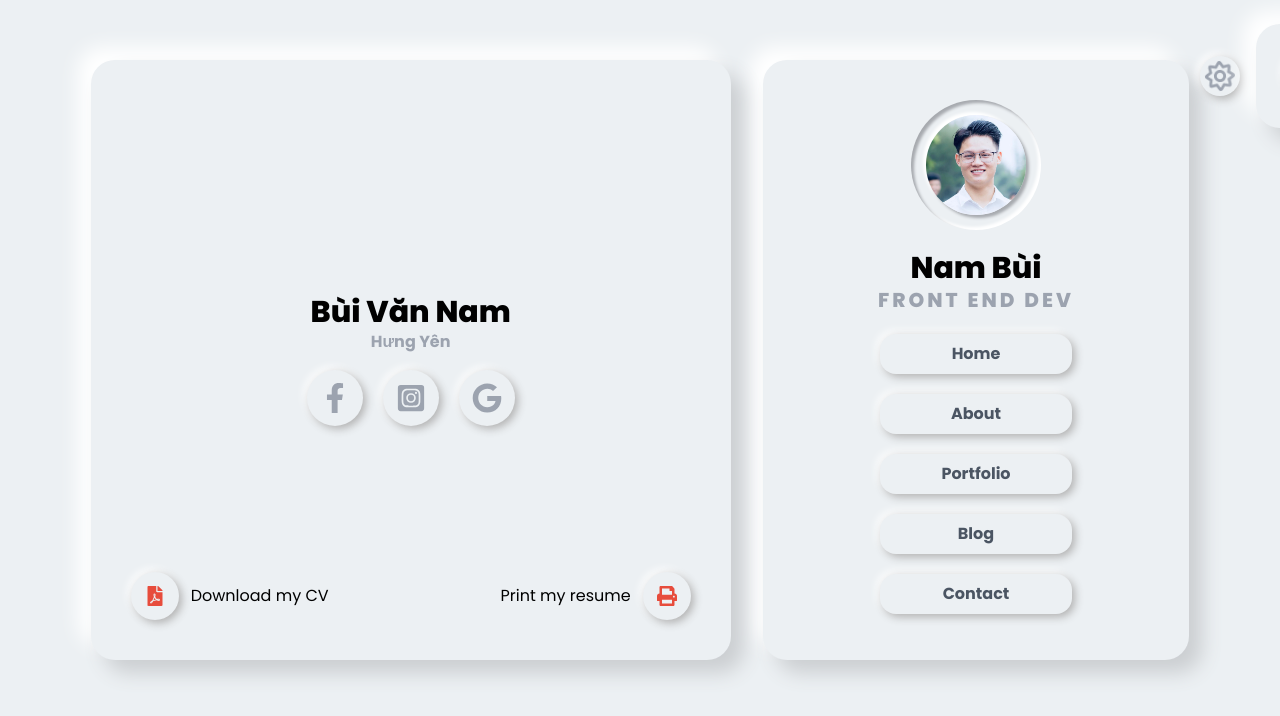
Repository: nambui98/profile_v2
Page: /
The author's editor kept a copy of each file at every save. The page is drawn from the files as they stood at one save, then again after the next save.
The browser window is 1280 px wide. The pictures show the whole page.
The project was rebuilt for these pictures with package versions that can differ from the ones it lists, and the page was loaded fresh each time.

Above is the page before, as saved 2022-03-11 14:29:52.

### src/index.tsx
import React from 'react';
import ReactDOM from 'react-dom';
import './index.scss';
import App from './App';
import reportWebVitals from './reportWebVitals';
import { ThemeProvider } from './containers/ThemeContext';
import Background from './containers/Background';
import Toggle from './containers/ThemeToggle';
import Setting from './containers/Setting';
import { Example } from './components/menu/example';

ReactDOM.render(
  <React.StrictMode>
    <ThemeProvider>
      <Background>
        <div className="fixed right-0 top-0 mr-4 mt-2 md:mt-6 z-10">
          <Setting />
        </div>
        <Example />
        <App />
      </Background>
    </ThemeProvider>
  </React.StrictMode>,
  document.getElementById('root')
);

// If you want to start measuring performance in your app, pass a function
// to log results (for example: reportWebVitals(console.log))
// or send to an analytics endpoint. Learn more: https://bit.ly/CRA-vitals
reportWebVitals();

### src/index.scss
@tailwind base;
@tailwind components;
@tailwind utilities;
@import url('https://fonts.googleapis.com/css2?family=Poppins:wght@100;200;300;400;500;600;700;800;900&display=swap');
* {
    padding: 0;
    margin: 0;
}
@layer utilities {
    .btn-shadow{
    box-shadow: 3px 3px 8px #b1b1b1,
                -3px -3px 8px #fff;
    // width: 50px;
    // height: 50px;
    cursor: pointer;
    position: relative;
    display: flex;
    justify-content: center;
    align-items: center;
    outline:none;
    -webkit-tap-highlight-color: transparent;
    &:focus{
         outline:none;
         border-radius: 50%;
    }
    svg{
        transition: all 0.3s ease-in-out;
    }
    &::after{
        content: '';
        transition: opacity 0.3s ease-in-out;
        position: absolute;
        right: 0;
        top: 0;
        z-index: 2;
        width: 100%;
        height: 100%;
        opacity: 0;
        border-radius: inherit;
        outline:none;
        box-shadow:inset 3px 3px 8px #b1b1b1,
                inset -3px -3px 8px #fff;

    }
    &.fb{
        &:hover{
            box-shadow:none;
            &::after{
                opacity: 1;
            }
            svg{
                fill: #4267B2;
            }
        }
    }
     &.itg{
        &:hover{
            box-shadow:none;
            &::after{
                opacity: 1;
            }
            svg{
                fill: #e74c3c;
            }
        }
    }
    &.gg{
        &:hover{
            box-shadow:none;
            &::after{
                opacity: 1;
            }
            svg{
                fill: #4267B2;
            }
        }
    }
    &:hover{
        box-shadow:none;
        &::after{
            opacity: 1;
        }
        svg{
            fill: #e74c3c;
        }
    }
    &-dark{
        box-shadow: 5px 5px 10px #202020,
             -5px -5px 10px #2c2c2c;
        &::after{
            box-shadow:inset 5px 5px 10px #202020,
        inset -5px -5px 10px #2c2c2c;
        }
        &-50{
            box-shadow:  4px 4px 8px #202020,
                        -4px -4px 8px #2c2c2c;
                        &::after{
            box-shadow:inset 5px 5px 10px #202020,
        inset -5px -5px 10px #2c2c2c;

        }
         &:hover{
        box-shadow:none;
        &::after{
            opacity: 1;
        }
        svg{
            fill: #e74c3c;
        }
    }
        }
         &:hover{
        box-shadow:none;
        &::after{
            opacity: 1;
        }
        svg{
            fill: #e74c3c;
        }
    }
    }
}

.btn-shadow-darklight{
    box-shadow: 3px 3px 8px #b1b1b1,
                -3px -3px 8px #fff;
    // width: 50px;
    // height: 50px;
    cursor: pointer;
    position: relative;
    display: flex;
    justify-content: center;
    align-items: center;
    transition: all 0.3s ease-in-out;
    svg{
        transition: all 0.3s ease-in-out;
    }
    &::after{
        content: '';
        position: absolute;
        right: 0;
        top: 0;
        z-index: 2;
        width: 100%;
        height: 100%;
        opacity: 0;
        border-radius: 50%;
        box-shadow:inset 3px 3px 8px #b1b1b1,
                inset -3px -3px 8px #fff;

    }
    &:hover{
        box-shadow:none;
        &::after{
            opacity: 1;
        }
        svg{
            &.light{

                fill: #FCD34D;
            }
            &.dark{
                fill: #000;

            }
        }
    }
}
.wrap-avatar{
    display: flex;
    align-items: center;
    justify-content: center;
    width: 130px;
    height: 130px;
    border: none;
    border-radius: 50%;
    margin: 0 auto;
    box-shadow:
    inset 3px 3px 3px #a7aaaf,
    /* top left */
    inset -3px -3px 3px #fff;
    &-dark{
        box-shadow: inset 5px 5px 10px #202020, inset -5px -5px 10px #2c2c2c;
        img{
            box-shadow: 5px 5px 10px #202020,
             -5px -5px 10px #2c2c2c;
        }
    }
    .avatar{
        position: relative;
        // margin: 30px;
        width: 100px;
        height: 100px;
        img{
            position: absolute;
            top: 0;
            left: 0;
            height: 100%;
            width: 100%;
            object-fit: cover;
            border-radius: 50%;
            box-shadow:
            3px 3px 3px #a7aaaf,
            -3px -3px 3px #fff
        }
    }
}
.t-8{
    top:2rem;
}
}
.bg-app{
    background-color: #ecf0f3;
}





.setting{
    position: absolute !important;
}
.btn-shadow_action{
    border: none;
    color: #090909;
    padding: 0.7em 1.7em;
    font-size: 18px;
    border-radius: 0.5em;
    background: #ecf0f3;
    border: 1px solid #e8e8e8;
    transition: all .3s;
    box-shadow: 6px 6px 12px #c5c5c5,
                -6px -6px 12px #ffffff;
                &:hover{
                    color: #666;
 box-shadow: inset 4px 4px 12px #c5c5c5,
             inset -4px -4px 12px #ffffff;
                }
}

### src/App.tsx
import React from 'react';
import logo from './logo.svg';
import { FaFacebookF, FaFilePdf, FaGoogle, FaInstagram, FaInstagramSquare, FaPrint, FaRegSun } from "react-icons/fa";
import './App.scss';
import { Avatar } from './assets';
const colors = require('tailwindcss/colors')
function App() {
  return (
    <div className="App">
      <div className="flex h-screen w-screen items-center justify-center">
        <div className="flex w-full items-start justify-center" style={{ height: "600px" }}>
          <div className="relative rounded-3xl md:w-6/12 sm:w-10/12 smx:w-10/12 p-6 h-full mx-4 bg-app dark:bg-neutral-800 shadow-3xl dark:shadow-3xl-dark flex justify-center items-center flex-col">
            <h1 className="text-black dark:text-white text-3xl text-center font-extrabold">Bùi Văn Nam</h1>
            <p className="text-gray-400 dark:text-white tracking-widest font-bold">Hưng Yên</p>
            <div className="flex mt-4">
              <a href='https://www.facebook.com/songoku.bui/' target="_blank" className="btn-shadow dark:btn-shadow-dark fb rounded-full text-center w-14 h-14"><FaFacebookF className="text-3xl" fill={colors.coolGray[400]} /></a>
              <a href='https://www.instagram.com/nambui27/' target="_blank" className="btn-shadow dark:btn-shadow-dark itg rounded-full text-center w-14 h-14 mx-5"><FaInstagramSquare className="text-3xl" fill={colors.coolGray[400]} /></a>
              <a href='mailto:bvnam98@gmail.com' target="_blank" className="btn-shadow dark:btn-shadow-dark gg rounded-full text-center w-14 h-14"><FaGoogle className="text-3xl" fill={colors.coolGray[400]} /></a>
            </div>
            <div className="absolute bottom-10 2xl:right-20 2xl:left-20 md:right-10 md:left-10 flex items-center justify-between">
              <span className="flex items-center">
                <a
                  href='https://www.topcv.vn/xem-cv/UwJcB1FVVgBUCw5SAlpSBAtTBFJVXwlUVwJTVw0902'
                  className="btn-shadow dark:btn-shadow-dark rounded-full text-center w-12 h-12"
                ><FaFilePdf className="text-xl" fill={"#e74c3c"} />
                </a>
                <span className="ml-3 dark:text-white">Download my CV</span></span>
              <span className="flex flex-row-reverse items-center"><button className="btn-shadow dark:btn-shadow-dark rounded-full text-center w-12 h-12"><FaPrint className="text-xl" fill={"#e74c3c"} /></button><span className="mr-3 dark:text-white">Print my resume</span></span>
            </div>
          </div>
          <div className="rounded-3xl w-4/12 md:flex sm:hidden smx:hidden h-full mx-4 bg-app shadow-3xl dark:bg-neutral-800 dark:shadow-3xl-dark flex items-center flex-col py-10 px-6">
            <div className="wrap-avatar dark:wrap-avatar-dark">
              <div className="avatar">
                <img src={Avatar} alt="" />
              </div>
            </div>
            <h1 className="text-black dark:text-white font-extrabold tracking-widest text-3xl mt-5">Nam Bùi</h1>
            <h1 className="text-gray-400 dark:text-white font-extrabold tracking-max text-xl">FRONT END DEV</h1>
            <ul>
              <li className="text-gray-600 dark:text-white font-bold btn-shadow dark:btn-shadow-dark w-48 h-10 rounded-2xl mt-5">Home</li>
              <li className="text-gray-600 dark:text-white font-bold btn-shadow dark:btn-shadow-dark w-48 h-10 rounded-2xl mt-5">About</li>
              <li className="text-gray-600 dark:text-white font-bold btn-shadow dark:btn-shadow-dark w-48 h-10 rounded-2xl mt-5">Portfolio</li>
              <li className="text-gray-600 dark:text-white font-bold btn-shadow dark:btn-shadow-dark w-48 h-10 rounded-2xl mt-5">Blog</li>
              <li className="text-gray-600 dark:text-white font-bold btn-shadow dark:btn-shadow-dark w-48 h-10 rounded-2xl mt-5">Contact</li>
            </ul>
          </div>

        </div>
      </div>
    </div>
  );
}

export default App;

### src/containers/ThemeContext/index.tsx
import React, { createContext, useContext } from 'react';
export enum Theme {
    Dark = 'Dark',
    Light = 'Light',
}

export type ThemeContextType = {
    theme: Theme;
    setTheme: (Theme: Theme) => void;
}
const getInitialTheme = () => {
    if (typeof window !== 'undefined' && window.localStorage) {
        const storedPrefs = window.localStorage.getItem('color-theme');
        if (typeof storedPrefs === 'string') {
            return storedPrefs;
        }

        const userMedia = window.matchMedia('(prefers-color-scheme: dark)');
        if (userMedia.matches) {
            return 'dark';
        }
    }

    return 'light' // light theme as the default;
};

export const ThemeContext = createContext<ThemeContextType>({ theme: Theme.Dark, setTheme: theme => console.warn('no theme provider') });
export const useTheme = () => useContext(ThemeContext);
export const ThemeProvider = ({ initialTheme, children }: any) => {
    const [theme, setTheme] = React.useState<any>(getInitialTheme);

    const rawSetTheme = (rawTheme: any) => {
        const root = window.document.documentElement;
        const isDark = rawTheme === 'dark';

        root.classList.remove(isDark ? 'light' : 'dark');
        root.classList.add(rawTheme);

        localStorage.setItem('color-theme', rawTheme);
    };

    if (initialTheme) {
        rawSetTheme(initialTheme);
    }

    React.useEffect(() => {
        rawSetTheme(theme);
    }, [theme]);

    return (
        <ThemeContext.Provider value={{ theme, setTheme }}>
            {children}
        </ThemeContext.Provider>
    );
};

### src/containers/Background/index.jsx
import React from 'react';

const Background = ({ children }) => {
    return (
        <body className="bg-app dark:bg-neutral-800 transition-all">
            {children}
        </body>
    )
}

export default Background;

### src/containers/Setting/index.jsx
import React, { useState } from 'react'
import { FaMoon, FaRegSun, FaSun } from 'react-icons/fa'
import colors from 'tailwindcss/colors'
import { ThemeContext } from '../ThemeContext';
import vietnamimg from '../../assets/img/vietnam.png'
import usaimg from '../../assets/img/united-states.png'
export default function Setting() {
    const { theme, setTheme } = React.useContext(ThemeContext);
    const [active, setActive] = useState(false)
    return (<div className={`relative transform duration-500 ${active ? "translate-x-0" : "translate-x-40"}`}>
        <button className="btn-shadow dark:btn-shadow-dark-50 bg-app dark:bg-neutral-800 setting -left-56 top-8 rounded-full text-center w-10 h-10" onClick={() => setActive(!active)}>
            <FaRegSun class="animate-spin duration-1000 text-3xl" style={{ animationDuration: "2s" }} fill={colors.coolGray[400]} />
        </button>
        <div className={`absolute top-0 right-0 rounded-3xl flex justify-between p-7 shadow-3xl bg-app dark:bg-neutral-800 dark:shadow-3xl-dark`} >
            {/* <div className={`absolute `}> */}

            <button className="mr-2 btn-shadow dark:btn-shadow-dark-50 btn-setting rounded-full text-center w-12 h-12" onClick={() => setTheme(theme === 'dark' ? 'light' : 'dark')}>
                {theme === 'dark' ? (
                    <FaSun
                        className="text-gray-500 dark:text-gray-400 text-2xl cursor-pointer dark"
                    />
                ) : (
                    <FaMoon
                        className="text-gray-500 dark:text-gray-400 text-2xl cursor-pointer light"
                    />
                )}
            </button>
            <button className="ml-2 btn-setting rounded-full text-center w-12 h-12">
                <img src={vietnamimg} alt="" />
                {/* <FaRegSun class="animate-spin duration-1000 text-3xl" style={{ animationDuration: "2s" }} fill={colors.coolGray[400]} /> */}
            </button>
            {/* </div> */}
        </div>
    </div>
    )
}

### src/components/menu/example.jsx
import * as React from "react";
import { useRef } from "react";
import { motion, useCycle } from "framer-motion";
import { useDimensions } from "./use-dimentions";
import { MenuToggle } from "./menuToggle";
import { Navigation } from "./navigation";
import "./styles.scss"

const sidebar = {
  open: (height = 1000) => ({
    clipPath: `circle(${height * 2 + 200}px at 40px 40px)`,
    transition: {
      type: "spring",
      stiffness: 20,
      restDelta: 2
    }
  }),
  closed: {
    clipPath: "circle(30px at 40px 40px)",
    transition: {
      delay: 0.5,
      type: "spring",
      stiffness: 400,
      damping: 40
    }
  }
};

export const Example = () => {
  const [isOpen, toggleOpen] = useCycle(false, true);
  const containerRef = useRef(null);
  const { height } = useDimensions(containerRef);

  return (
    <motion.nav
      initial={false}
      animate={isOpen ? "open" : "closed"}
      custom={height}
      className="menu dark:menu-dark sm:block md:hidden"
      ref={containerRef}
    >
      <motion.div className="background" variants={sidebar} />
      <Navigation />
      <MenuToggle toggle={() => toggleOpen()} />
    </motion.nav>
  );
};

### src/assets/index.ts
import Avatar from './img/Logo.jpg'
export {
    Avatar
}

### src/components/menu/menuToggle.jsx
import * as React from "react";
import { motion } from "framer-motion";
import { ThemeContext } from "../../containers/ThemeContext";

const Path = props => {
  const { theme, setTheme } = React.useContext(ThemeContext);
  return (

    <motion.path
      fill=""
      strokeWidth="3"
      stroke={theme === 'dark' ? "#fff" : "#262626"}
      strokeLinecap="round"
      {...props}
    />
  )
};

export const MenuToggle = ({ toggle }) => (
  <button onClick={toggle} className="btn-shadow dark:btn-shadow-dark t-8">
    <svg width="23" height="23" viewBox="0 0 23 23" fill="#fff">
      <Path
        fill="#fff"
        variants={{
          closed: { d: "M 2 2.5 L 20 2.5" },
          open: { d: "M 3 16.5 L 17 2.5" }
        }}
      />
      <Path
        d="M 2 9.423 L 20 9.423"
        variants={{
          closed: { opacity: 1 },
          open: { opacity: 0 }
        }}
        transition={{ duration: 0.1 }}
      />
      <Path
        variants={{
          closed: { d: "M 2 16.346 L 20 16.346" },
          open: { d: "M 3 2.5 L 17 16.346" }
        }}
      />
    </svg>
  </button>
);

### src/components/menu/navigation.jsx
import * as React from "react";
import { motion } from "framer-motion";
import { MenuItem } from "./menuItem";

const variants = {
  open: {
    transition: { staggerChildren: 0.07, delayChildren: 0.2 }
  },
  closed: {
    transition: { staggerChildren: 0.05, staggerDirection: -1 }
  }
};

export const Navigation = () => (
  <motion.ul className="" variants={variants}>
    {itemIds.map((item, index) => (
      <MenuItem i={index} key={index} item={item} />
    ))}
  </motion.ul>
);

const itemIds = [
  {
    path: "/",
    name: "Home"
  },
  {
    path: "/",
    name: "About"
  },
  {
    path: "/",
    name: "Portfolio"
  },
  {
    path: "/",
    name: "Blog"
  },
  {
    path: "/",
    name: "Contact"
  },
];

### src/components/menu/styles.scss
@tailwind base;
@tailwind components;
@tailwind utilities;
@layer utilities {

  .menu{
      nav {
        position: absolute;
        top: 0;
        left: 0;
        bottom: 0;
        width: 300px;

      }
      &-dark{
        .background{

          background: #262626;

          box-shadow: 3px 3px 8px #202020,-3px -3px 8px #2c2c2c ;
        }
        button{
          box-shadow: 5px 5px 10px #202020,
                  -5px -5px 10px #2c2c2c;
          // color:#fff
          background: #262626;
        }
      }
      .background {
        position: absolute;
        top: 0;
        left: 0;
        bottom: 0;
        z-index: 1;
        width: 300px;
        background: #ecf0f3;

        box-shadow: 3px 3px 8px #b1b1b1,
                  -3px -3px 8px #fff;

      }

      button {
        outline: none;
        box-shadow: 3px 3px 8px #b1b1b1,
                  -3px -3px 8px #fff;
        border: none;
        -webkit-user-select: none;
        -moz-user-select: none;
        -ms-user-select: none;
        cursor: pointer;
        position: absolute;
        // top: 18px;
        left: 15px;
        width: 50px;
        height: 50px;
        border-radius: 50%;
        z-index: 2;
        background: #ecf0f3;
        display: flex;
        align-items: center;
        justify-content: center;
      }

      ul,
      li {
        margin: 0;
        padding: 0;
      }

      ul {
        padding: 25px;
        position: absolute;
        top: 100px;
        width: 230px;
        z-index: 2;
      }

      li {
        list-style: none;
        margin-bottom: 20px;
        display: flex;
        align-items: center;
        cursor: pointer;
      }

      .icon-placeholder {
        width: 40px;
        height: 40px;
        border-radius: 50%;
        flex: 40px 0;
        margin-right: 20px;
      }

      .text-placeholder {
        border-radius: 5px;
        width: 200px;
        padding: 8px 20px;
        flex: 1;
      }

      .refresh {
        padding: 10px;
        position: absolute;
        background: rgba(0, 0, 0, 0.4);
        border-radius: 10px;
        width: 20px;
        height: 20px;
        top: 10px;
        right: 10px;
        display: flex;
        justify-content: center;
        align-items: center;
        cursor: pointer;
      }

  }
}

### src/components/menu/menuItem.jsx
import * as React from "react";
import { motion } from "framer-motion";

const variants = {
  open: {
    y: 0,
    opacity: 1,
    transition: {
      y: { stiffness: 1000, velocity: -100 }
    }
  },
  closed: {
    y: 50,
    opacity: 0,
    transition: {
      y: { stiffness: 1000 }
    }
  }
};

const colors = ["#FF008C", "#D309E1", "#9C1AFF", "#7700FF", "#4400FF"];

export const MenuItem = ({ i, item }) => {
  const style = { border: `2px solid ${colors[i]}` };
  return (
    <motion.li
      variants={variants}
      whileHover={{ scale: 1.1 }}
      whileTap={{ scale: 0.95 }}
    >
      {/* <div className="icon-placeholder" style={style} /> */}
      <div className="text-placeholder" style={style}>{item.name}</div>
    </motion.li>
  );
};

### tailwind.config.js
const defaultTheme = require('tailwindcss/defaultTheme')
module.exports = {
  content: [
    "./src/**/*.{js,jsx,ts,tsx}",
  ],
  darkMode: 'class',
  theme: {
    screens: {

      // 'md': { 'max': '767px' },
      // => @media (max-width: 767px) { ... }

      'smx': { 'max': '639px' },
      // => @media (max-width: 639px) { ... }
      ...defaultTheme.screens,
    },
    extend: {},
    fontFamily: {
      sans: ['Poppins', 'sans-serif'],
      serif: ['Merriweather', 'serif'],
    },
    boxShadow: {
      '3xl': '13px 13px 20px #cbced1, -13px -13px 20px #fff',
      '3xl-dark': '13px 13px 20px #202020,-13px -13px 20px #2c2c2c ',
      'btn-shadow': '5px 5px 10px #202020,-5px -5px 10px #2c2c2c',
      'btn-shadow-5xl': '5px 5px 10px #1c1c1c,-5px -5px 10px #303030',
      '4xl': '12px 12px 25px #202020,-12px -12px 25px #2c2c2c',
    },
    letterSpacing: {
      max: '3px'
    }
  },
  variants: {
    extend: {},
  },
  plugins: [],
}

Loaded but not shown: public/index.html (common file); src/reportWebVitals.ts (common file); src/App.scss (common file); src/components/menu/use-dimentions.js (common file)

After the next save:
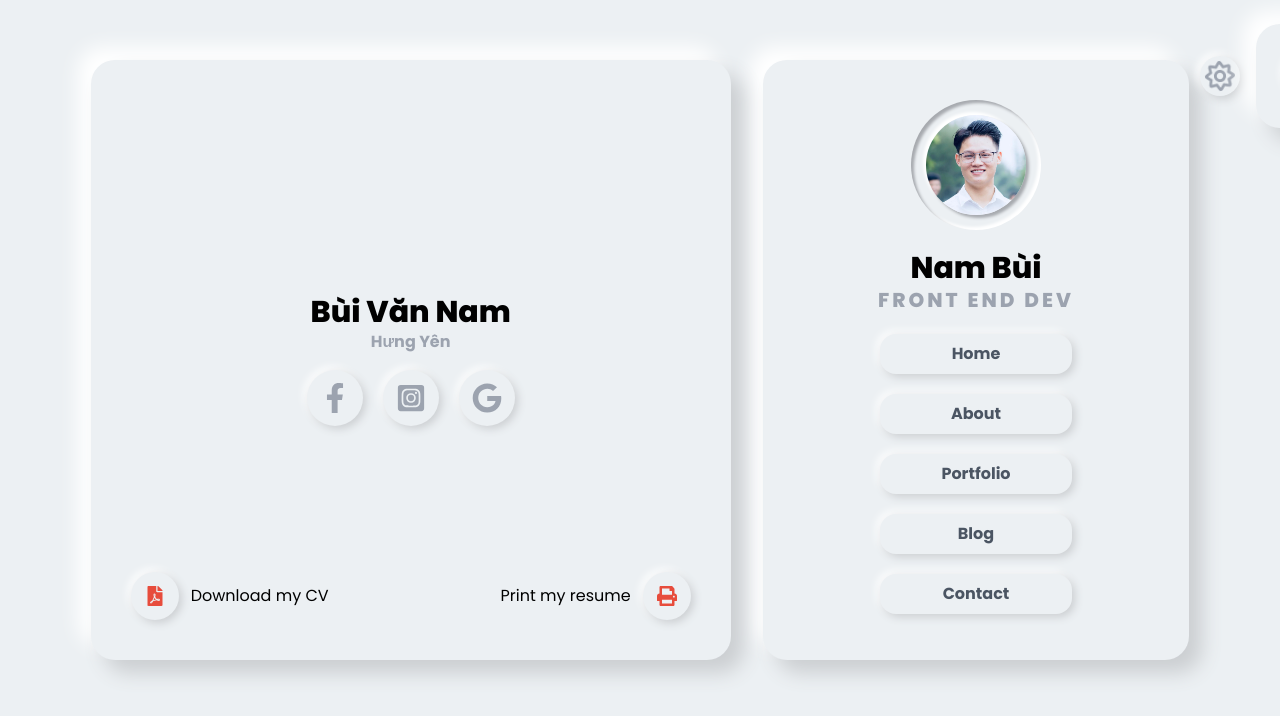
Saved 24 s later.
--- a/src/index.scss
+++ b/src/index.scss
@@ -8,7 +8,7 @@
 }
 @layer utilities {
     .btn-shadow{
-    box-shadow: 3px 3px 8px #b1b1b1,
+    box-shadow: 3px 3px 8px #cbced1,
                 -3px -3px 8px #fff;
     // width: 50px;
     // height: 50px;
